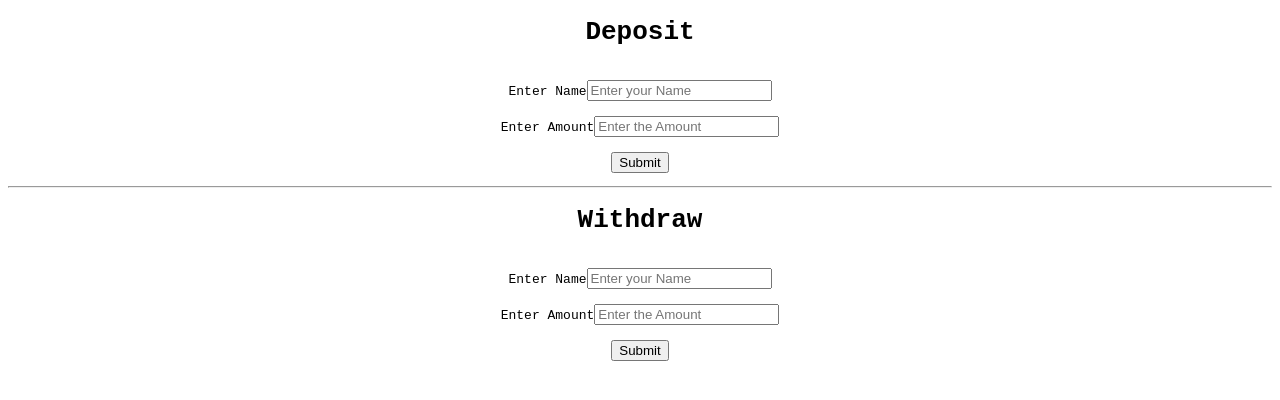
Repository: NarenD12/ProgramsFromTraining
Page: BankApp/WebContent/DepositWithdraw.html
The author's editor kept a copy of each file at every save. The page is drawn from the files as they stood at one save, then again after a run of saves.
The browser window is 1280 px wide. The pictures show the whole page.

Above is the page before, as saved 2023-09-21 17:51:29.

After the next 2 saves:
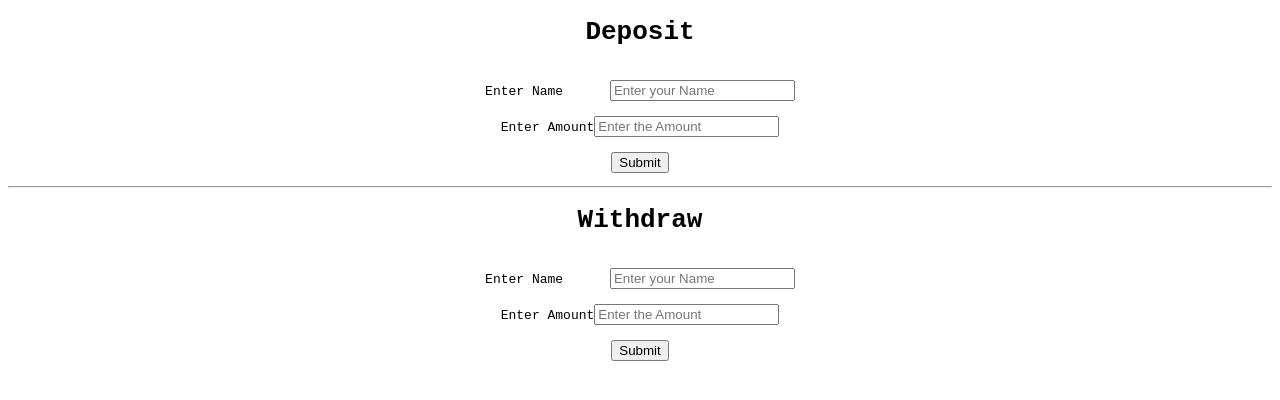
The 2 saves are shown as one change because they came seconds apart.
The last was saved 8 s later.
--- a/BankApp/WebContent/DepositWithdraw.html
+++ b/BankApp/WebContent/DepositWithdraw.html
@@ -11,7 +11,7 @@
 <form action="Deposit" method="post">
 <pre>
 <h1>Deposit</h1>
-Enter Name<input type="text" name="name" placeholder="Enter your Name"><br>
+Enter Name	<input type="text" name="name" placeholder="Enter your Name"><br>
 Enter Amount<input type="number" name="amount" placeholder="Enter the Amount"><br>
 <input type="submit">
 </pre>
@@ -21,7 +21,7 @@
 <form action="Withdraw" method="post">
 <pre>
 <h1>Withdraw</h1>
-Enter Name<input type="text" name="name" placeholder="Enter your Name"><br>
+Enter Name	<input type="text" name="name" placeholder="Enter your Name"><br>
 Enter Amount<input type="number" name="amount" placeholder="Enter the Amount"><br>
 <input type="submit">
 </pre>

After the save that followed:
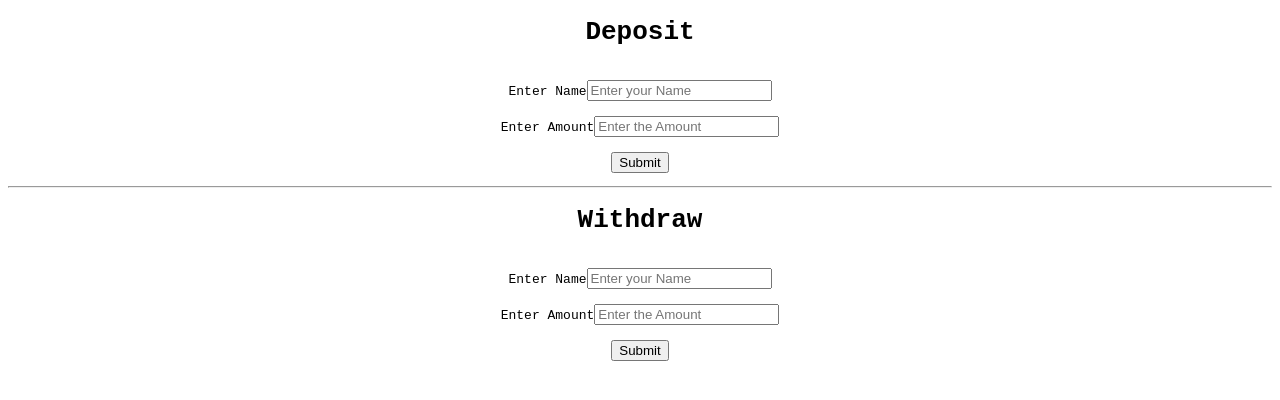
Saved 19 s later.
--- a/BankApp/WebContent/DepositWithdraw.html
+++ b/BankApp/WebContent/DepositWithdraw.html
@@ -11,7 +11,7 @@
 <form action="Deposit" method="post">
 <pre>
 <h1>Deposit</h1>
-Enter Name	<input type="text" name="name" placeholder="Enter your Name"><br>
+Enter Name<input type="text" name="name" placeholder="Enter your Name"><br>
 Enter Amount<input type="number" name="amount" placeholder="Enter the Amount"><br>
 <input type="submit">
 </pre>
@@ -21,7 +21,7 @@
 <form action="Withdraw" method="post">
 <pre>
 <h1>Withdraw</h1>
-Enter Name	<input type="text" name="name" placeholder="Enter your Name"><br>
+Enter Name<input type="text" name="name" placeholder="Enter your Name"><br>
 Enter Amount<input type="number" name="amount" placeholder="Enter the Amount"><br>
 <input type="submit">
 </pre>
